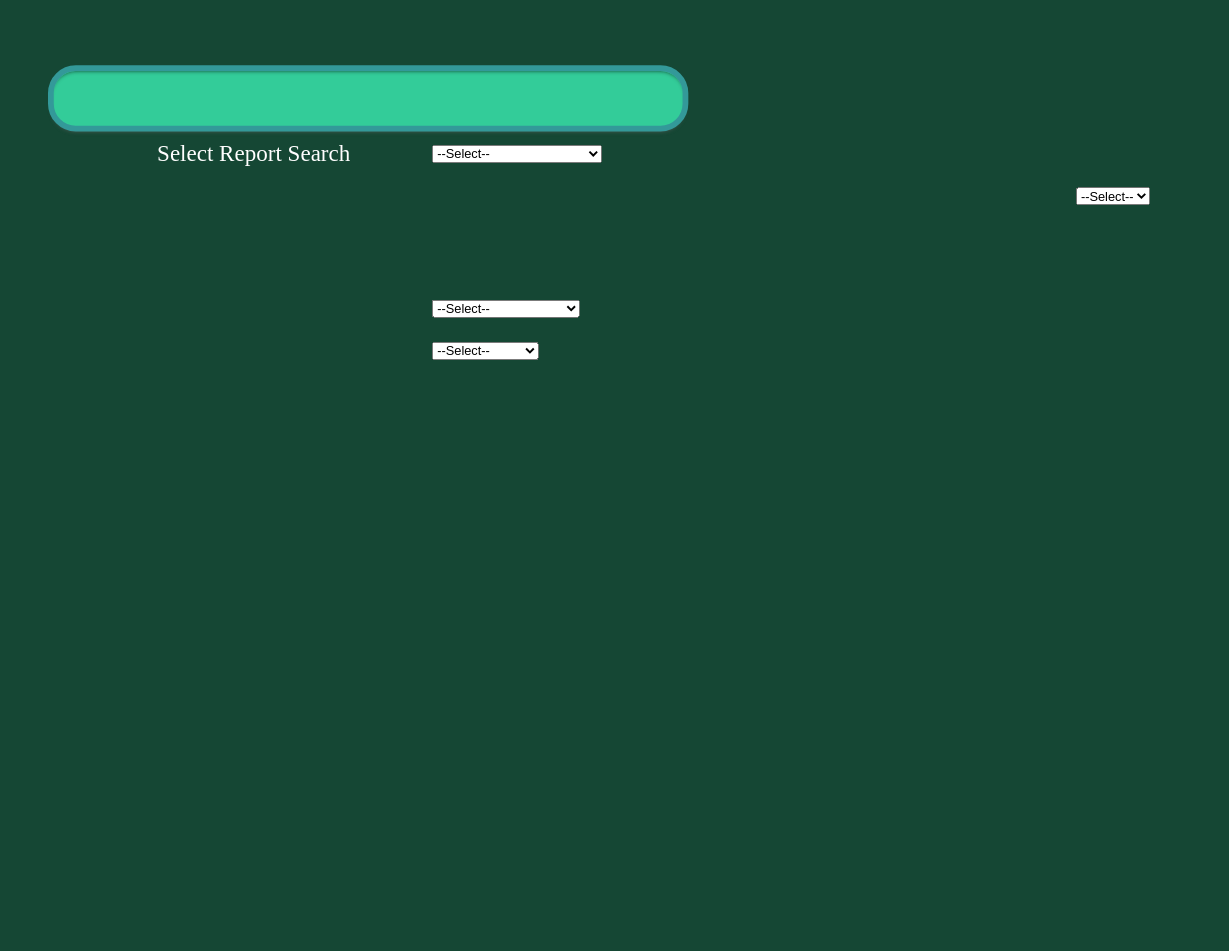
Repository: prajaktamore/Web-Based-Programming-3
Page: http://localhost/BinaryCalculator/entranceAdminFunction.jsp
These files come from the project's save history. The page is drawn as it stood at one moment and after the next save; the edit follows.
The browser window is 1280 px wide. The pictures show the whole page, at 96% of full size.
The page is served by Tomcat 9.

Above is the page before, as saved 2014-05-04 03:18:22.

After the next save:
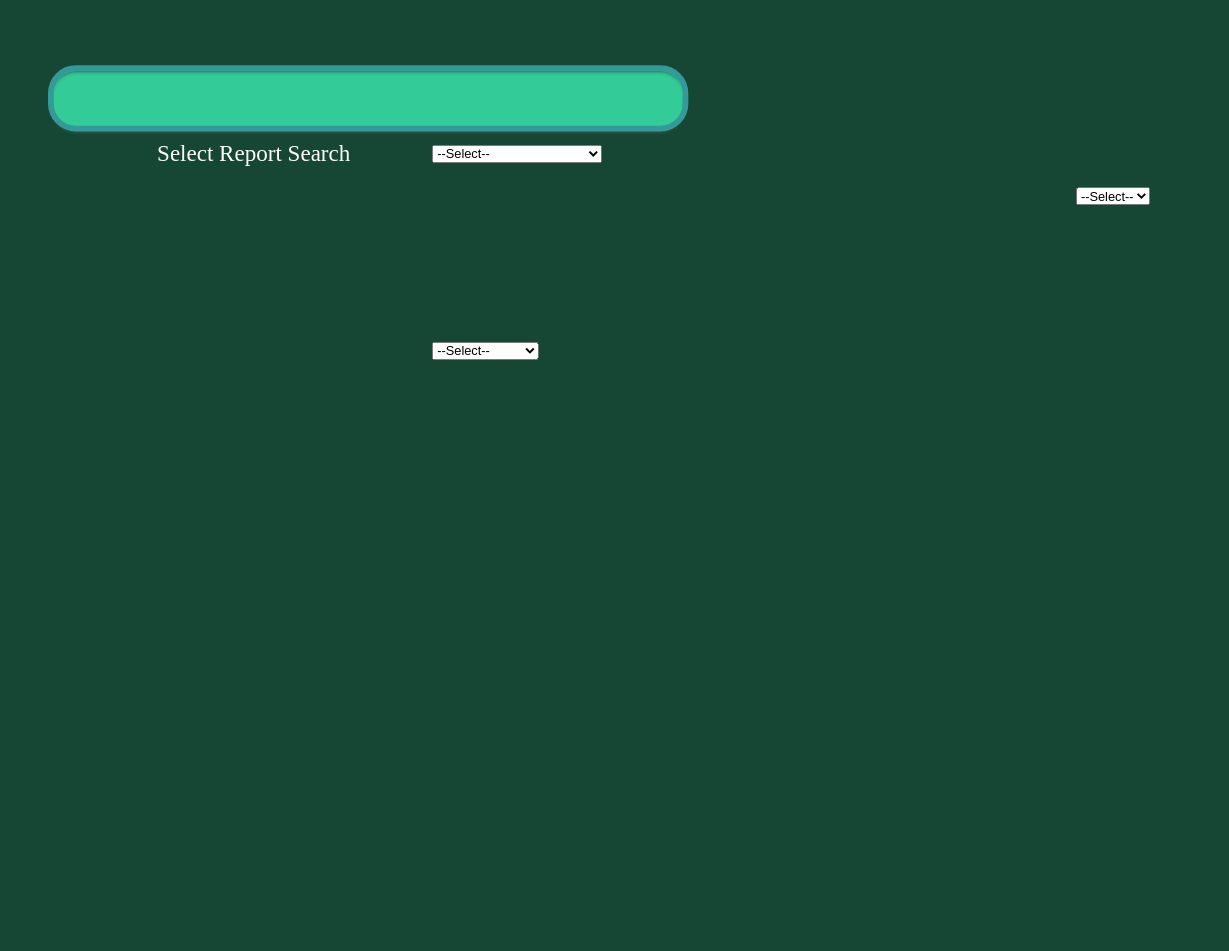
Saved 2 min 45 s later.
--- a/BinaryCalculator/WebContent/entranceAdminFunction.jsp
+++ b/BinaryCalculator/WebContent/entranceAdminFunction.jsp
@@ -385,7 +385,7 @@ function changeTest1(){
 			<tr>
 					 <td height="40" align="center"> <label id="lr12" style="color:#ffffff;font-size:24px;visibility:hidden;" >Select Access Type</label> </td>
              		 <td>
- 					    <select name="r12" id="r12" onchange="changeTest12()">
+ 					    <select name="r12" id="r12" onchange="changeTest12()" style="visibility:hidden;">
 					        <OPTION  value="-1" label="--Select--" selected="selected">
 					        <option value="Manager">Manager</option>
 					        <option value="Administrator">Administrator</option>
